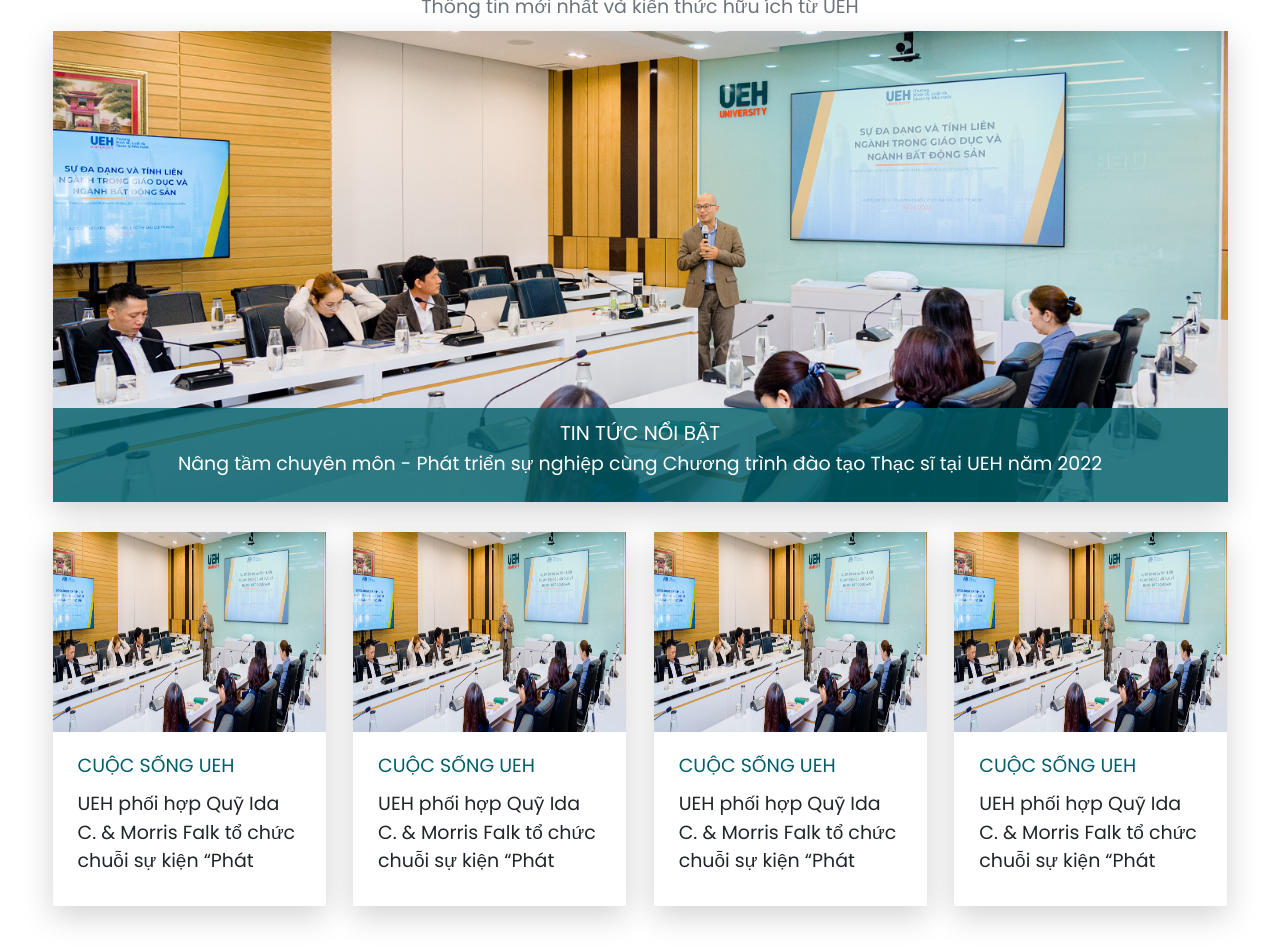
Repository: Jackietruong2805/frontends
Page: html css/ueh/index.html
The author's editor kept a copy of each file at every save. The page is drawn from the files as they stood at one save, then again after the next save.
The browser window is 1280 px wide. The page is 1288 px wide, so the pictures cover 1288 px, including what lies to the right of the window. The pictures show the part of the page from y = 768 to 1720 px (the page is 1720 px tall).
The pointer rests on the first visible `.news__img img`.
Some web libraries are served in a nearby version.

Above is the page before, as saved 2022-06-20 09:53:55.

### html css/ueh/index.html
<!DOCTYPE html>
<html lang="en">
  <head>
    <meta charset="UTF-8" />
    <meta http-equiv="X-UA-Compatible" content="IE=edge" />
    <meta name="viewport" content="width=device-width, initial-scale=1.0" />
    <title>UEH</title>
    <!-- FONT GOOGLE -->
    <link rel="preconnect" href="https://fonts.googleapis.com" />
    <link rel="preconnect" href="https://fonts.gstatic.com" crossorigin />
    <link
      href="https://fonts.googleapis.com/css2?family=Poppins:wght@300;400;700&display=swap"
      rel="stylesheet"
    />
    <!-- FONT AWESOME -->
    <link
      rel="stylesheet"
      href="https://cdnjs.cloudflare.com/ajax/libs/font-awesome/6.1.1/css/all.min.css"
      integrity="sha512-KfkfwYDsLkIlwQp6LFnl8zNdLGxu9YAA1QvwINks4PhcElQSvqcyVLLD9aMhXd13uQjoXtEKNosOWaZqXgel0g=="
      crossorigin="anonymous"
      referrerpolicy="no-referrer"
    />
    <!-- BS5 -->
    <link
      href="https://cdn.jsdelivr.net/npm/bootstrap@5.1.3/dist/css/bootstrap.min.css"
      rel="stylesheet"
      integrity="sha384-1BmE4kWBq78iYhFldvKuhfTAU6auU8tT94WrHftjDbrCEXSU1oBoqyl2QvZ6jIW3"
      crossorigin="anonymous"
    />
    <!-- INDEX CSS -->
    <link rel="stylesheet" href="./css/index.css" />
  </head>
  <body class="fix">
    <!-- HEADER -->
    <header class="container-fluid p-0">
      <nav
        class="navbar navbar-expand-lg navbar-dark bg-dark p-0 fixed-top w-100"
        id="brand-bar"
      >
        <div class="container-fluid px-5">
          <a class="navbar-brand" id="header--workmark" href="#">
            <img src="./img/logo-header.png" id="logo-header" alt="ueh-logo" />
          </a>
          <button
            class="navbar-toggler"
            type="button"
            data-bs-toggle="collapse"
            data-bs-target="#navbarUeh"
            aria-controls="navbarSupportedContent"
            aria-expanded="false"
            aria-label="Toggle navigation"
          >
            <span class="navbar-toggler-icon"></span>
          </button>
          <div class="collapse navbar-collapse" id="navbarUeh">
            <ul class="navbar-nav ms-auto mb-2 mb-lg-0 px-5">
              <li class="nav-item">
                <a class="nav-link active" aria-current="page" href="#"
                  >Tân sinh viên</a
                >
              </li>
              <li class="nav-item">
                <a class="nav-link" href="#">Người học</a>
              </li>
              <li class="nav-item">
                <a class="nav-link" href="#">Cựu sinh viên</a>
              </li>
              <li class="nav-item">
                <a class="nav-link" href="#">UEH Future</a>
              </li>
              <li class="nav-item">
                <a class="nav-link" href="#">UEHer</a>
              </li>
              <li class="nav-item">
                <a class="nav-link" href="#">UEH Vĩnh Long</a>
              </li>
              <li class="nav-item d-flex align-items-center">
                <div class="button-cover">
                  <span class="vi text-white">VI</span>
                  <span class="en">EN</span>
                </div>
              </li>
            </ul>
            <button class="btn btn-info">
              <i class="fa fa-search"></i>
            </button>
          </div>
        </div>
      </nav>
      <div id="video" class="video row">
        <div class="video-ueh"></div>
      </div>
    </header>

    <!-- CAROUSEL -->
    <div class="body">
      <section class="carousel">
        <div id="uehIndicators" class="carousel slide" data-bs-ride="carousel">
          <div class="carousel-indicators">
            <button
              type="button"
              data-bs-target="#uehIndicators"
              data-bs-slide-to="0"
              class="active"
              aria-current="true"
              aria-label="Slide 1"
            ></button>
            <button
              type="button"
              data-bs-target="#uehIndicators"
              data-bs-slide-to="1"
              aria-label="Slide 2"
            ></button>
            <button
              type="button"
              data-bs-target="#uehIndicators"
              data-bs-slide-to="2"
              aria-label="Slide 3"
            ></button>
            <button
              type="button"
              data-bs-target="#uehIndicators"
              data-bs-slide-to="3"
              aria-label="Slide 4"
            ></button>
            <button
              type="button"
              data-bs-target="#uehIndicators"
              data-bs-slide-to="4"
              aria-label="Slide 4"
            ></button>
          </div>
          <div class="carousel-inner">
            <div class="carousel-item active">
              <img src="./img/slider-1.jpg" class="d-block w-100" alt="..." />
            </div>
            <div class="carousel-item">
              <img src="./img/slider-2.png" class="d-block w-100" alt="..." />
            </div>
            <div class="carousel-item">
              <img src="./img/slider-3.jpg" class="d-block w-100" alt="..." />
            </div>
            <div class="carousel-item">
              <img src="./img/slider-4.jpg" class="d-block w-100" alt="..." />
            </div>
            <div class="carousel-item">
              <img src="./img/slider-5.png" class="d-block w-100" alt="..." />
            </div>
          </div>
          <button
            class="carousel-control-prev"
            type="button"
            data-bs-target="#uehIndicators"
            data-bs-slide="prev"
          >
            <span class="ueh-block-title">
              <i class="fa fa-angle-left"></i>
            </span>
            <span class="visually-hidden">Previous</span>
          </button>
          <button
            class="carousel-control-next"
            type="button"
            data-bs-target="#uehIndicators"
            data-bs-slide="next"
          >
            <span class="ueh-block-title"
              ><i class="fa fa-angle-right"></i
            ></span>
            <span class="visually-hidden">Next</span>
          </button>
        </div>
      </section>
      <!-- CAROUSEL -->

      <!-- NEWS -->
      <section class="news my-5">
        <h1 class="text-center ueh-block-title fw-bold fs-1">Tin tức</h1>
        <p class="text-muted text-center">
          Thông tin mới nhất và kiến thức hữu ích từ UEH
        </p>
        <div class="container-fluid px-5">
          <div class="row px-5">
            <div class="col-12 shadow-lg p-0 overflow-hidden position-relative">
              <img
                class="img-fluid"
                id="img-scale"
                src="./img/news-1.jpg"
                alt="news1"
              />
              <div class="news__overplay">
                <h2 class="over-1">TIN TỨC NỔI BẬT</h2>
                <p class="over-2">
                  Nâng tầm chuyên môn - Phát triển sự nghiệp cùng Chương trình
                  đào tạo Thạc sĩ tại UEH năm 2022
                </p>
              </div>
            </div>
          </div>
          <div class="row px-5 py-5 news__list">
            <div class="col-3 p-0 shadow-lg news__col news__item">
              <div class="news__img">
                <img class="" src="./img/news-1.jpg" alt="news-1" />
              </div>
              <div class="new__content">
                <p style="color: rgb(0, 95, 105)">CUỘC SỐNG UEH</p>
                <p>
                  UEH phối hợp Quỹ Ida C. & Morris Falk tổ chức chuỗi sự kiện
                  “Phát
                </p>
              </div>
            </div>
            <div class="col-3 p-0 shadow-lg news__col news__item">
              <div class="news__img">
                <img class="" src="./img/news-1.jpg" alt="news-1" />
              </div>
              <div class="new__content">
                <p style="color: rgb(0, 95, 105)">CUỘC SỐNG UEH</p>
                <p>
                  UEH phối hợp Quỹ Ida C. & Morris Falk tổ chức chuỗi sự kiện
                  “Phát
                </p>
              </div>
            </div>
            <div class="col-3 p-0 shadow-lg news__col news__item">
              <div class="news__img">
                <img class="" src="./img/news-1.jpg" alt="news-1" />
              </div>
              <div class="new__content">
                <p style="color: rgb(0, 95, 105)">CUỘC SỐNG UEH</p>
                <p>
                  UEH phối hợp Quỹ Ida C. & Morris Falk tổ chức chuỗi sự kiện
                  “Phát
                </p>
              </div>
            </div>
            <div class="col-3 p-0 shadow-lg news__col news__item">
              <div class="news__img">
                <img class="" src="./img/news-1.jpg" alt="news-1" />
              </div>
              <div class="new__content">
                <p style="color: rgb(0, 95, 105)">CUỘC SỐNG UEH</p>
                <p>
                  UEH phối hợp Quỹ Ida C. & Morris Falk tổ chức chuỗi sự kiện
                  “Phát
                </p>
              </div>
            </div>
          </div>
        </div>
      </section>
      <!-- ADMISSIONS -->
      <section class="admissions"></section>
      <!-- EVENT -->
      <section class="event"></section>
      <!-- RESEARCH -->
      <section class="research"></section>
      <!-- TRAIN -->
      <section class="train"></section>
      <!-- COOPERATION -->
      <section class="coOperation"></section>
      <!-- ACCREDITATION -->
      <section class="accreditation"></section>
      <!-- UEH -->
      <section class="ueh"></section>
      <!-- INTRO -->
      <section class="intro"></section>
      <!-- EXPLORE -->
      <section class="explore"></section>
      <!-- FOOTER -->
      <footer></footer>
    </div>

    <div class="placeholder"></div>

    <!-- thư viện hộ trợ -->
    <script
      src="https://cdn.jsdelivr.net/npm/bootstrap@5.1.3/dist/js/bootstrap.bundle.min.js"
      integrity="sha384-ka7Sk0Gln4gmtz2MlQnikT1wXgYsOg+OMhuP+IlRH9sENBO0LRn5q+8nbTov4+1p"
      crossorigin="anonymous"
    ></script>
    <script src="./js/index.js"></script>
  </body>
</html>

### html css/ueh/css/index.css
/* Global */
* {
    padding: 0;
    margin: 0;
    box-sizing: border-box;
}

html {
    font-size: 10px;
}

body {
    font-size: 1.9em;
}

body,
html {
    font-family: 'Poppins', sans-serif;
}

.ueh-block-title {
    color: #f26f33 !important;
}

.fs-1 {
    font-size: 3.0517578125em !important;
    ;
}

#img-scale {
    transform: scale(1);
    transition: 0.5s;
}

#img-scale:hover {
    transform: scale(1.05);
}

.fixed {
    position: fixed;
    top: 0;
    width: 100%;
    z-index: -2;
}

.section {
    padding: 30px 0;
}

/* HEADER */
.fix .body {
    position: fixed;
    top: 20vh;
    width: 100%;
    z-index: -1;
}

.fix .placeholder {
    position: relative;
    height: 1000px;
    z-index: 1;
}

header {
    height: 100vh;
    display: flex;
    flex-direction: column;
    position: relative;
    z-index: 1;
}

.video {
    flex-grow: 1;
}

.video-ueh {
    height: 100%;
    background-image: url('../img/ueh-vid.gif');
    background-position: center;
    background-repeat: no-repeat;
    background-size: cover;
}

#brand-bar {
    background-color: rgb(0, 95, 105) !important;

}

#navbarUeh .nav-item {
    transition: 0.5s;
}

#navbarUeh .nav-item:hover:not(:last-child) {
    background-color: #f26f33;
}

.navbar #header--workmark {
    font-size: 1.1em !important;
    line-height: 1.8em !important;
}

#logo-header {
    max-height: 36px !important;
}

#navbarUeh .nav-item .nav-link {
    color: #fff;
    font-weight: 300;
    padding: .5555555556em .5em;
    outline-offset: -4px;
}

.button-cover {
    background-color: white;
    border-radius: 30px;
    padding: 1.5px 4px;
    line-height: 10px;
}

.button-cover .vi {
    display: inline-block;
    border-radius: 50%;
    background-color: rgb(0, 95, 105);
    padding: 8px;
    font-size: 10px;
    font-weight: bold;
}

.button-cover .en {
    color: rgb(0, 95, 105);
    font-size: 10px;
    padding: 5px;
    font-weight: bold;
}

#navbarUeh .btn-info,
#navbarUeh .btn-info:focus {
    color: white;
    background-color: rgb(0, 95, 105);
    border: 0;
    font-size: inherit;
    padding: 0 40px 0 60px;
    box-shadow: none;
}


/* CAROUSEL */


#uehIndicators .carousel-indicators .active {
    background-color: white;
}

.carousel-control-prev,
.carousel-control-next {
    opacity: 1;
    width: 5%;
}

.carousel-indicators [data-bs-target] {
    width: 10px;
    height: 10px;
    border-radius: 50%;
    background-color: transparent;
    border: 2px solid white;
    background-clip: border-box;
}

.carousel-control-prev .fa-angle-left {
    font-size: 40px;
}

.carousel-control-next .fa-angle-right {
    font-size: 40px;
}

.news__overplay {
    position: absolute;
    width: 100%;
    height: 20%;
    background-color: rgba(0, 95, 105, 0.8);
    bottom: 0;
    display: flex;
    flex-direction: column;
    justify-content: center;
    text-align: center;
    color: #fff;
}

.news__col {
    display: flex;
    flex-direction: column;

}

.new__content {
    padding: 20px 25px;
}

.news__img {
    height: auto;
}

.news__img img {
    height: 200px;
    max-width: 100%;
    transform: scale(1);
    transition: 0.5s;
}

.news .news__list {
    justify-content: space-between;
}

.news .news__item {
    width: calc(100%/4.3);
}


.news__img {
    overflow: hidden;
}

.news__img img:hover {
    transform: scale(1);
}

### html css/ueh/js/index.js
window.onscroll = function () {
  const video = document.getElementById("video");
  const body = document.querySelector("body");
  const videoHeight = video.offsetHeight;

  if (document.documentElement.scrollTop <= videoHeight) {
    body.classList.add("fix");
  } else {
    body.classList.remove("fix");
  }
};

After the next save:
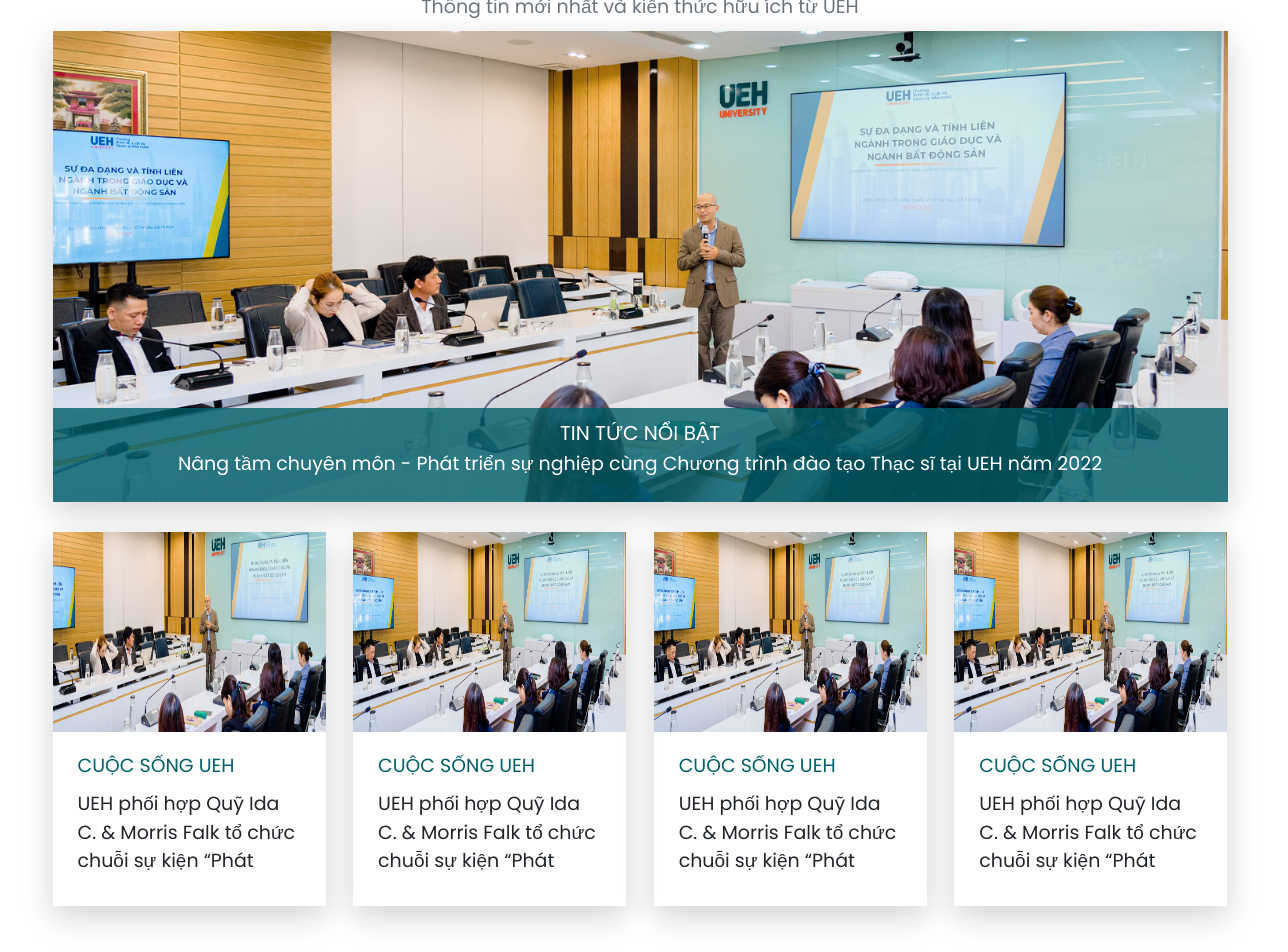
Saved 5 s later.
--- a/html css/ueh/css/index.css
+++ b/html css/ueh/css/index.css
@@ -222,5 +222,5 @@
 }
 
 .news__img img:hover {
-    transform: scale(1);
-}
+    transform: scale(1.2);
+}
